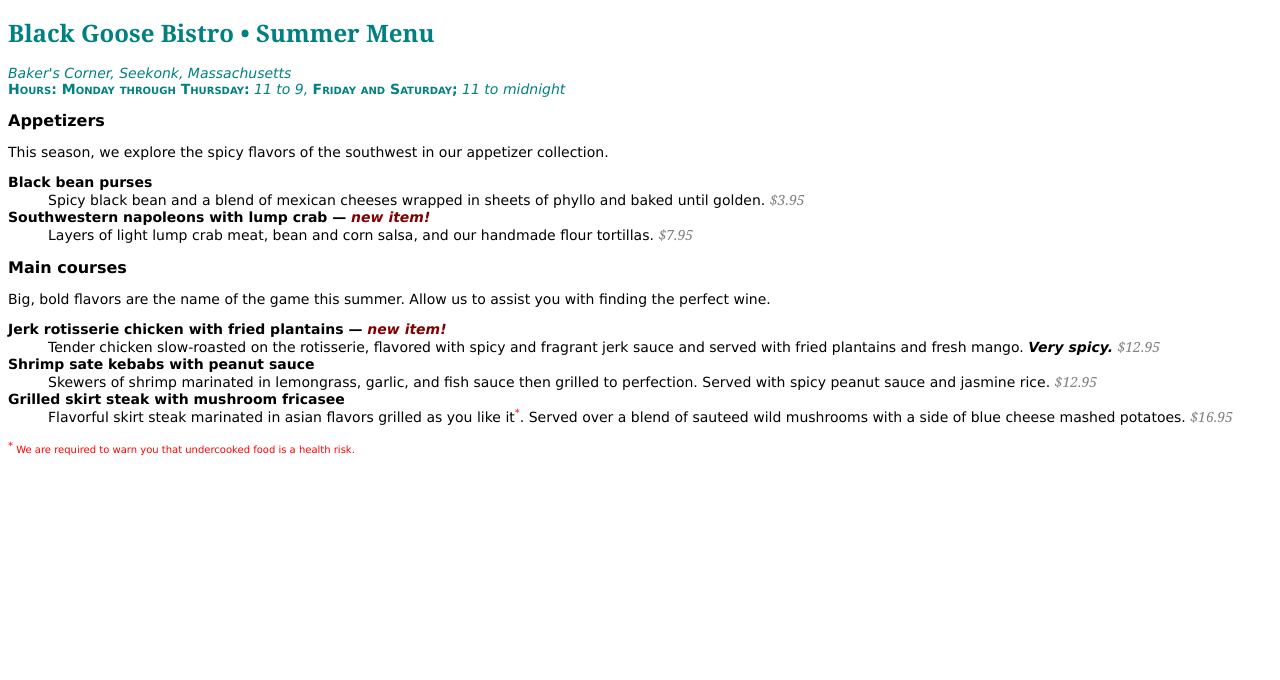
Repository: Lithium87/WebDesign
Page: Bistro/menu.html
These files come from the project's save history. The page is drawn as it stood at one moment and after the next save; the edit follows.
The browser window is 1280 px wide. The pictures show the whole page.
Some web fonts or font styles are not loaded; a fallback is used.

Above is the page before, as saved 2020-04-14 11:07:17.

### Bistro/menu.html
<!DOCTYPE html >
<html>

<head>
    <meta charset="utf-8">
    <title>Black Goose Bistro Summer Menu</title>
    <link href="http://fonts.googleapis.com/ css?family=Marko+One" rel="stylesheet">
    <style>
        body {
            font-family: Verdana, sans-serif;
            font-size: 100%;
        }

        h1 {
            font: bold 1.5em "Marko One", Georgia, serif;
        }

        h2 {
            font-size: 1em;
        }

        p,
        dl {
            font-size: 0.875em;
        }

        dt {
            font-weight: bold;
        }

        strong {
            font-style: italic;
        }

        dt strong {
            color: maroon;
        }

        #info {
            color: teal;
        }

        #info p {
            font-style: italic;
        }

        .price {
            font-family: Georgia, serif;
            font-style: italic;
            color: grey;
        }

        .label {
            font-weight: bold;
            font-variant: small-caps;
            font-style: normal;
        }

        p.warning,
        sup {
            font-size: x-small;
            color: red;
        }
    </style>
</head>

<body>

    <div id="info">
        <h1>Black Goose Bistro &bull; Summer Menu</h1>

        <p>Baker's Corner, Seekonk, Massachusetts<br>
            <span class="label">Hours: Monday through Thursday:</span> 11 to 9, <span class="label">Friday and Saturday;</span> 11 to midnight</p>
    </div>

    <div id="appetizers">
        <h2>Appetizers</h2>
        <p>This season, we explore the spicy flavors of the southwest in our appetizer collection.</p>

        <dl>
            <dt>Black bean purses</dt>
            <dd>Spicy black bean and a blend of mexican cheeses wrapped in sheets of phyllo and baked until golden. <span class="price">$3.95</span></dd>

            <dt class="newitem">Southwestern napoleons with lump crab &mdash; <strong>new item!</strong></dt>
            <dd>Layers of light lump crab meat, bean and corn salsa, and our handmade flour tortillas. <span class="price">$7.95</span></dd>
        </dl>
    </div>

    <div id="entrees">

        <h2>Main courses</h2>
        <p>Big, bold flavors are the name of the game this summer. Allow us to assist you with finding the perfect wine.</p>


        <dl>

            <dt class="newitem">Jerk rotisserie chicken with fried plantains &mdash; <strong>new item!</strong></dt>
            <dd>Tender chicken slow-roasted on the rotisserie, flavored with spicy and fragrant jerk sauce and served with fried plantains and fresh mango. <strong>Very spicy.</strong> <span class="price">$12.95</span></dd>

            <dt>Shrimp sate kebabs with peanut sauce</dt>
            <dd>Skewers of shrimp marinated in lemongrass, garlic, and fish sauce then grilled to perfection. Served with spicy peanut sauce and jasmine rice. <span class="price">$12.95</span></dd>

            <dt>Grilled skirt steak with mushroom fricasee</dt>
            <dd>Flavorful skirt steak marinated in asian flavors grilled as you like it<sup>*</sup>. Served over a blend of sauteed wild mushrooms with a side of blue cheese mashed potatoes. <span class="price">$16.95</span></dd>
        </dl>

    </div>

    <p class="warning"><sup>*</sup> We are required to warn you that undercooked food is a health risk.</p>

</body>

</html>

After the next save:
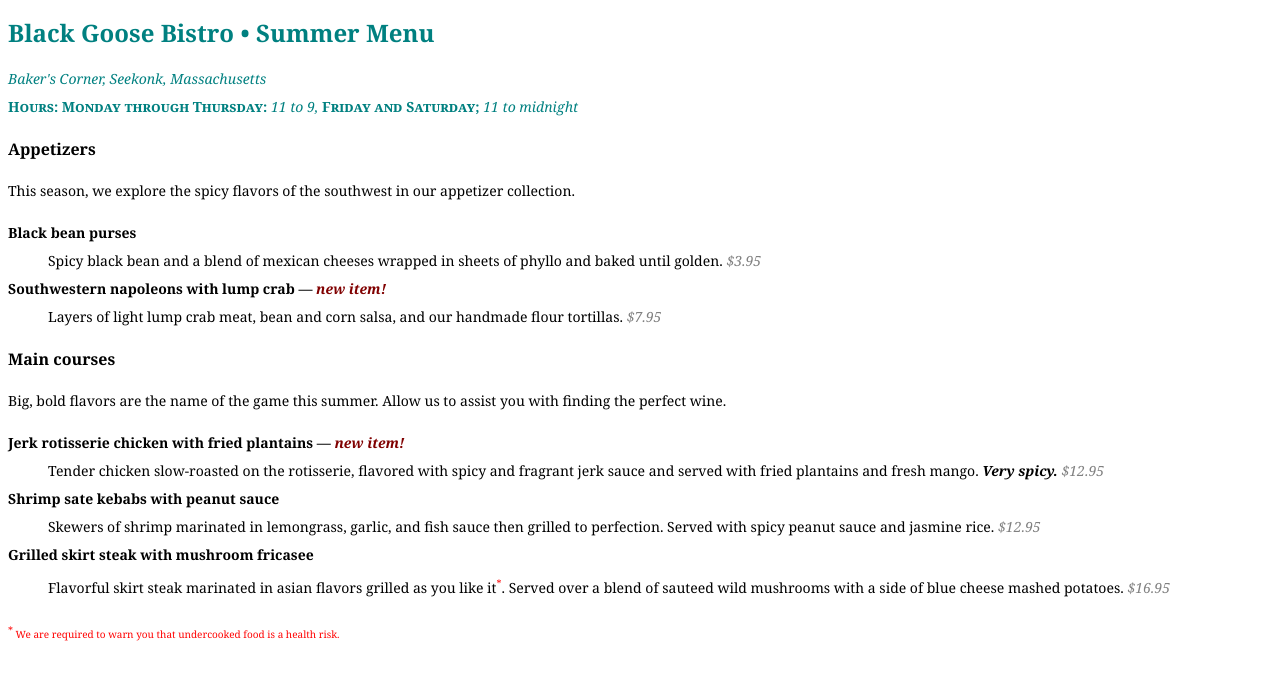
Saved 106 s later.
--- a/Bistro/menu.html
+++ b/Bistro/menu.html
@@ -7,8 +7,9 @@
     <link href="http://fonts.googleapis.com/ css?family=Marko+One" rel="stylesheet">
     <style>
         body {
-            font-family: Verdana, sans-serif;
+            font-family: Georgia, serif;
             font-size: 100%;
+            line-height: 1.75em;
         }
 
         h1 {
